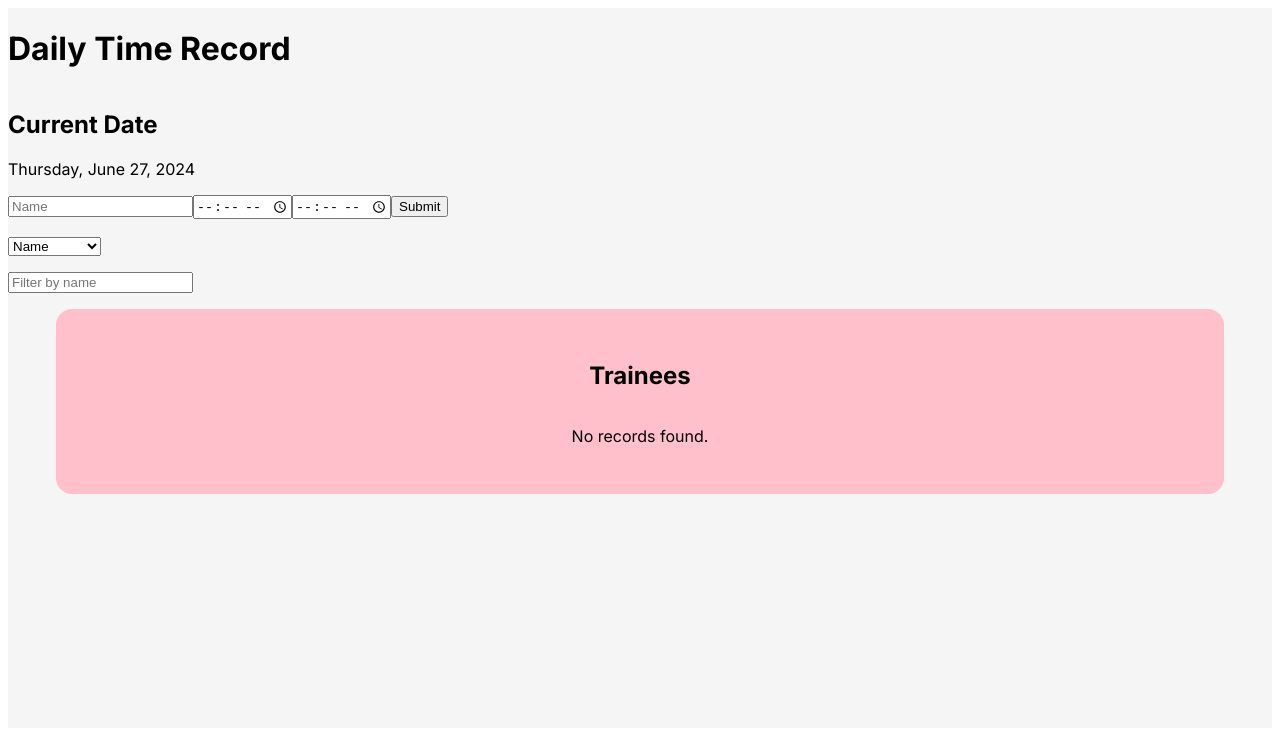
Repository: EeeeeEyyyy/daily_time_record
Page: /
The author's editor kept a copy of each file at every save. The page is drawn from the files as they stood at one save, then again after the next save.
The browser window is 1280 px wide. The pictures show the whole page.
The project was rebuilt for these pictures with package versions that can differ from the ones it lists, and the page was loaded fresh each time. The framework's server and built-in components were replaced by stand-ins that run in the browser. Also part of the build but not shown: next.config.mjs, src/app/globals.css.

Above is the page before, as saved 2024-06-27 15:16:58.

After the next save:
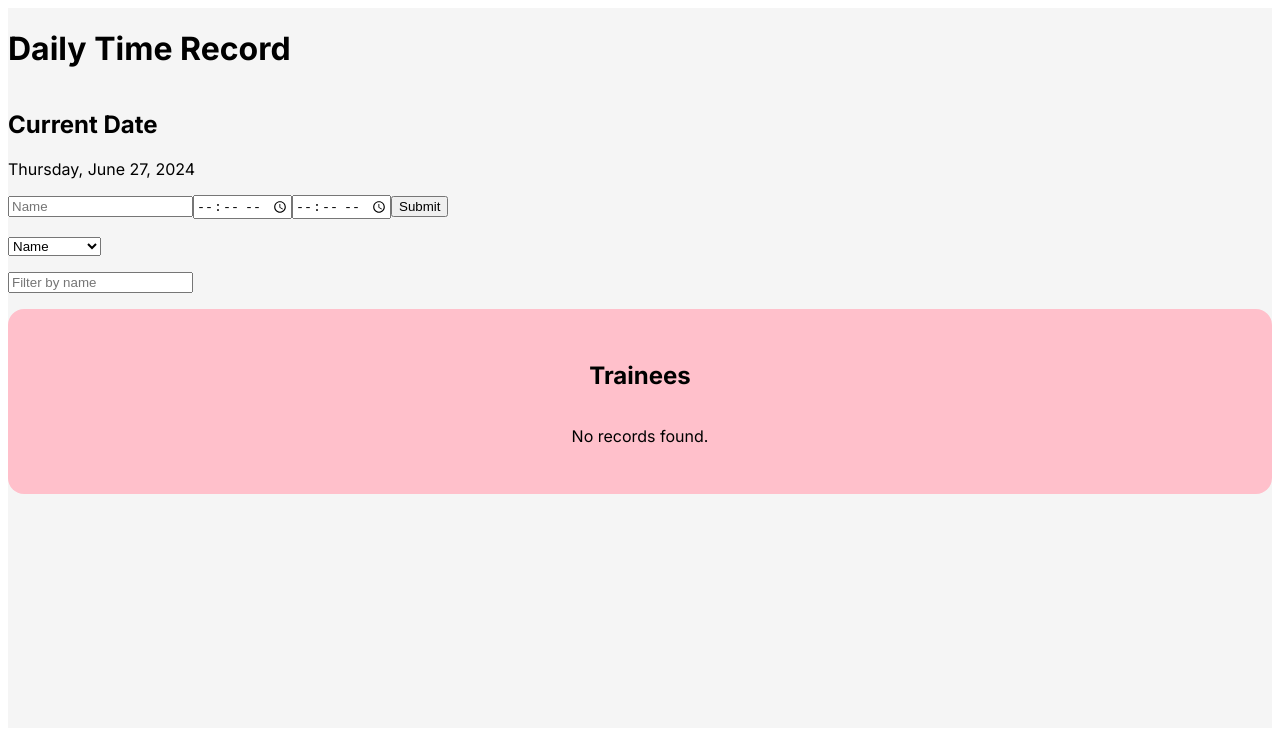
Saved 22 s later.
--- a/src/app/page.module.css
+++ b/src/app/page.module.css
@@ -8,7 +8,7 @@
 border-radius:1rem;
 background:pink;
 padding:2rem;
-margin:3rem;
+margin-bottom:3rem;
 display:flex ;
 flex-direction:column;
 align-items: center;
